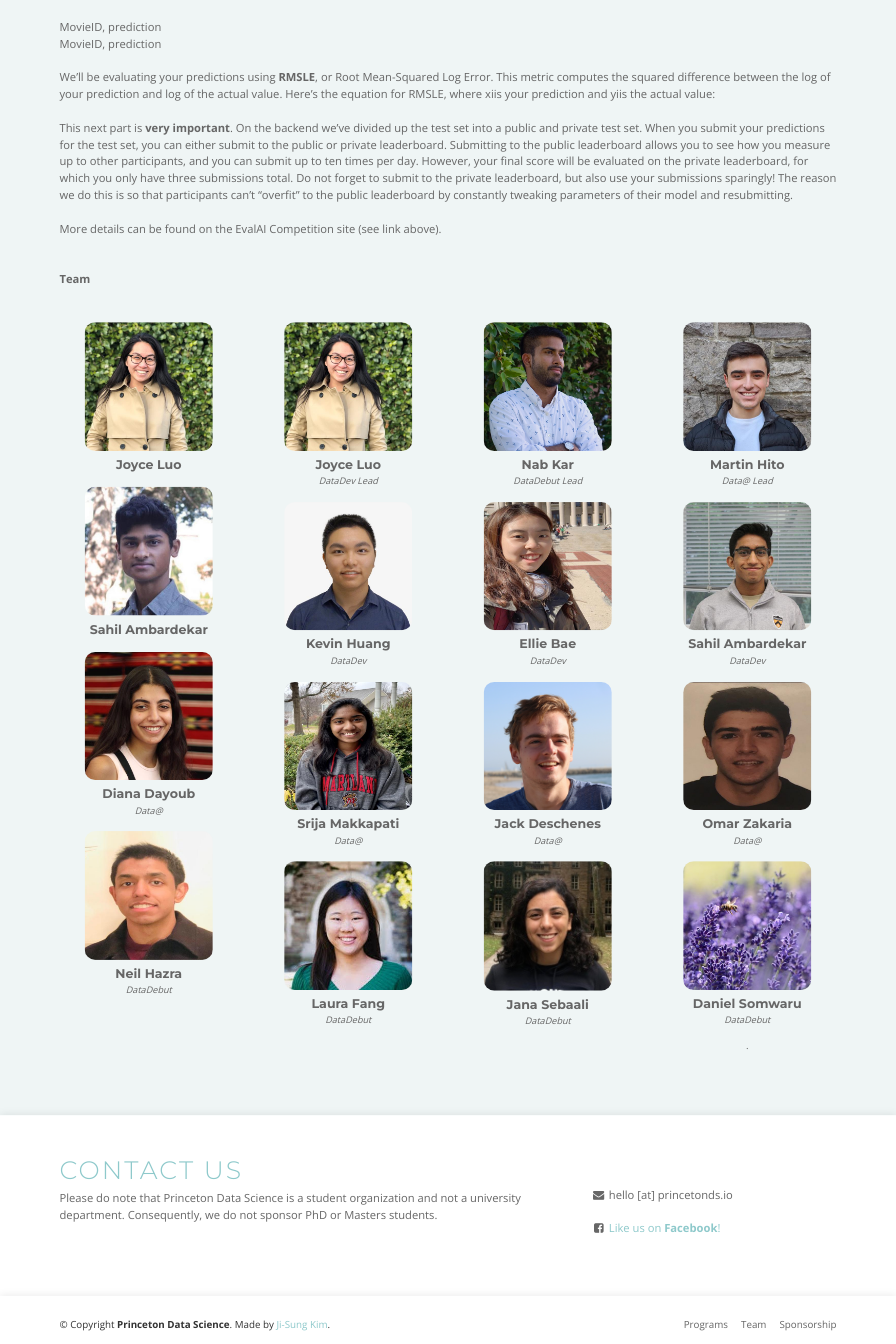
Repository: princetonds/princetonds.github.io
Page: team2.html
An editor plug-in stored every save of this project. The page is shown before and after a run of saves, followed by the edit.
The browser window is 1280 px wide. The pictures show the part of the page from y = 1996 to 3916 px (the page is 3928 px tall), at 70% of full size.

Above is the page before, as saved 2021-03-20 22:59:46.
Console error: TypeError: Cannot read properties of null (reading 'innerHTML')

After the next 3 saves:
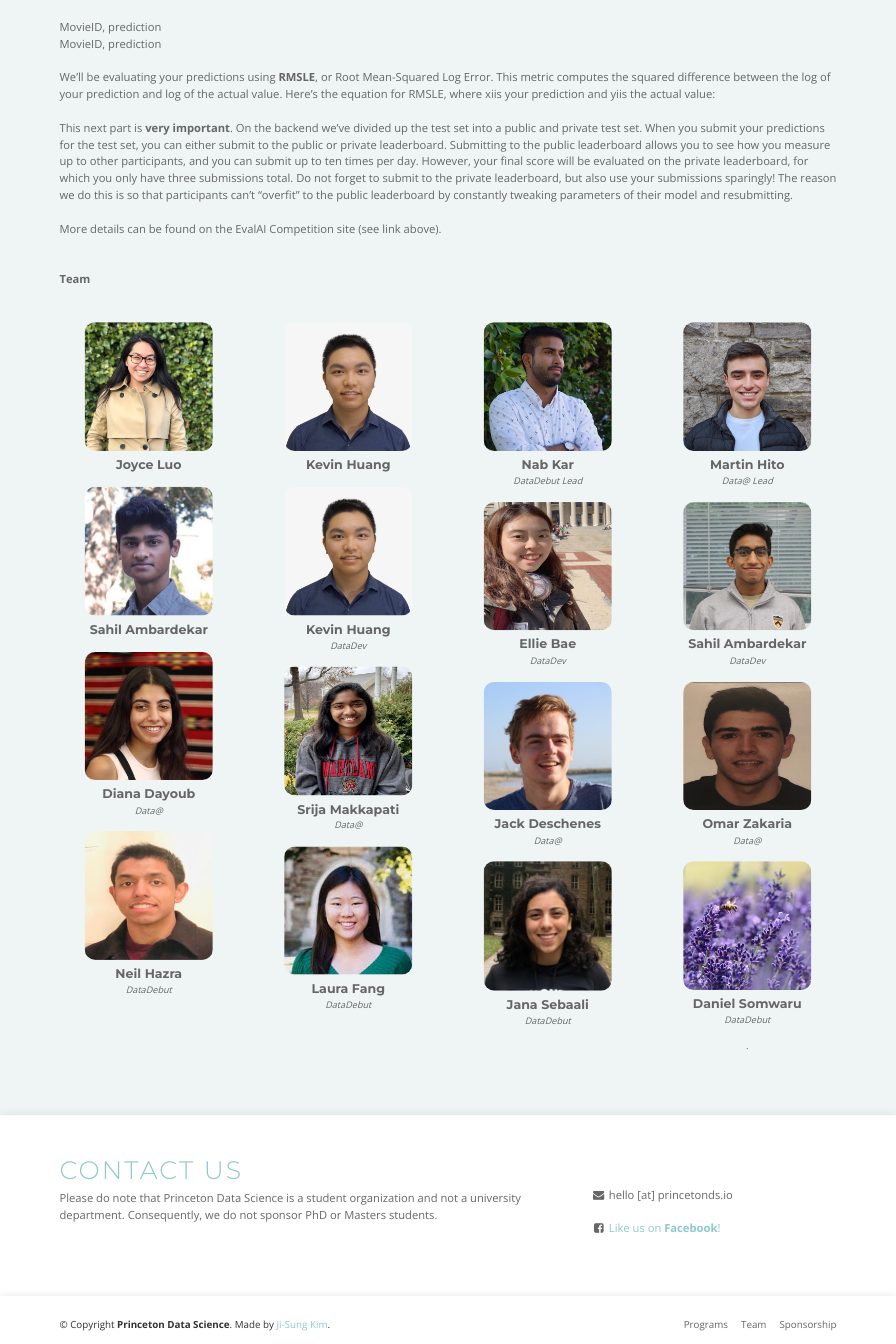
The 3 saves are shown as one change because they came seconds apart.
The last was saved 31 s later.
--- a/team2.html
+++ b/team2.html
@@ -237,9 +237,8 @@
                 <h2 style="text-align:center; color: Black"></h2>
                 <!-- <p style="text-align:center;">Enter team description here...</p> -->
                 <div class="member2">
-                  <div class="pic"><img src="img/team/joyce.jpg" alt=""></div>
-                  <h4>Joyce Luo</h4>
-                  <span>DataDev Lead</span>
+                  <div class="pic"><img src="img/team/kevin.jpg" alt=""></div>
+                  <h4>Kevin Huang</h4>
                   <!-- <div class="social">
                     <p class="profile-description">.</p>
                   </div> -->
